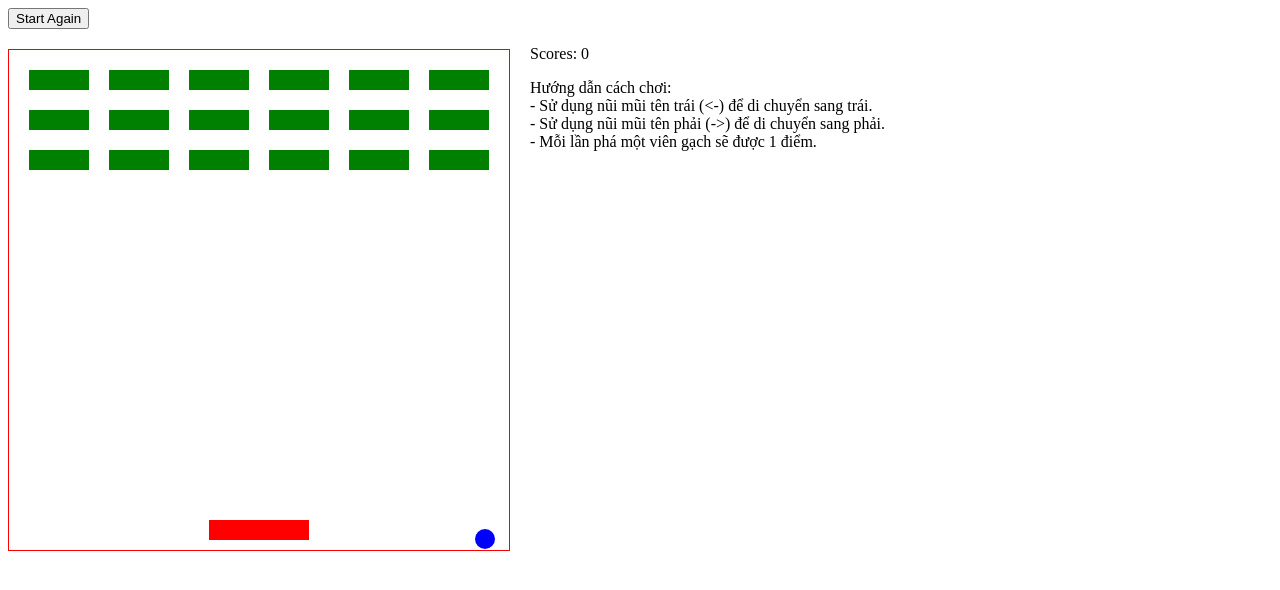
Repository: huynhsang96/CaseJS
Page: Demo_case/index.html
These files come from the project's save history. The page is drawn as it stood at one moment and after the next save; the edit follows.
The browser window is 1280 px wide. The pictures show the whole page.

Above is the page before, as saved 2022-02-20 14:43:10.

### Demo_case/index.html
<!DOCTYPE html>
<html lang="en">
<head>
    <meta charset="UTF-8">
    <meta http-equiv="X-UA-Compatible" content="IE=edge">
    <meta name="viewport" content="width=device-width, initial-scale=1.0">
    <title>Document</title>
    <style>
        /* *{
            font-family:  'Fira Code', 'roboto';
        } */
        canvas{
            margin-top: 20px;

        }

        .container{
            display: flex;
        }

        .container-des{
            margin-left: 20px;
        }
    </style>
</head>
<body>
    <div class="btn">
        <button class="btn-start">Start Again</button>
    </div>
    <div class="container">
        <div class="container-canvas">
            <canvas id="myCanvas" width="500" height="500" style="border:1px solid red;">
        </div>
        <div class="container-des">
            <p>Scores: <span class="scores">0</span></p>
            <p>
                Hướng dẫn cách chơi:
                <br>
                - Sử dụng nũi mũi tên trái <span style="font-family: 'Fira code';">(<-)</span> để di chuyển sang trái.
                <br>
                - Sử dụng nũi mũi tên phải <span style="font-family: 'Fira code';">(->)</span> để di chuyển sang phải.
                <br>
                - Mỗi lần phá một viên gạch sẽ được 1 điểm.
            </p>
        </div>
    </div>


    <script src="./ball.js"></script>
    <script src="./bar.js"></script>
    <script src="./brick.js"></script>
    <script src="./main.js"></script>

    <script>

    </script>
</body>
</html>

### Demo_case/ball.js
class Ball{
    constructor(x, y, radius, color){
        this.x = x;
        this.y = y;
        this.radius = radius;
        this.color = color;
        this.speedX = 2;
        this.speedY = 3;
        this.canvas = document.getElementById("myCanvas");
        this.ctx = this.canvas.getContext('2d');
        this.isGameOver = false;
    }

    draw(){
        this.ctx.beginPath();
        this.ctx.arc(this.x, this.y, this.radius, 0, Math.PI * 2);
        this.ctx.fillStyle = this.color;
        this.ctx.fill();
        this.ctx.closePath();
    }

    updateBall(){
        this.x += this.speedX;
        this.y += this.speedY;
    }

    ballColiision(){
        if(this.x + this.radius > this.canvas.width || this.x < this.radius){
            this.speedX = -this.speedX;
        }
        if(this.y < this.radius){
            this.speedY = -this.speedY
        }
    }

    checkGame(){
        if(this.y + this.radius > this.canvas.height){
            this.isGameOver = true;
        }
    }

    move(){
        this.ctx.clearRect(0,0,this.canvas.width,this.canvas.height); // xóa canvas
        this.draw();
    }
}

### Demo_case/bar.js
class Bar{
    constructor(width, height, color){
        this.width = width;
        this.height = height;
        this.x = 200;
        this.y = 470;
        this.color = color;
        this.speed = 5;
        this.isMovingLeft = false;
        this.isMovingRight = false;
        this.canvas = document.getElementById("myCanvas");
        this.ctx = this.canvas.getContext('2d');
    }

    drawBar(){
        this.ctx.beginPath();
        this.ctx.rect(this.x, this.y, this.width, this.height);
        this.ctx.fillStyle = this.color;
        this.ctx.fill();
        this.ctx.closePath();
    }


    moveBar(){
        if(this.isMovingLeft && this.x > 0){
            this.x -= this.speed;
        }
        if(this.isMovingRight && this.x < this.canvas.width - this.width){
                this.x += this.speed;
            }
        }
}

### Demo_case/brick.js
class  Brick{
    constructor(){
        this.offsetX = 20;
        this.offsetY = 20;
        this.margin = 20;
        this.width = 60;
        this.height = 20;
        this.totalRow = 3;
        this.totalColum = 6;
        this.brickList = []
        this.isEndGame = false;
        this.canvas = document.getElementById("myCanvas");
        this.ctx = this.canvas.getContext('2d');
    }


    drawBrick(){
        this.brickList.forEach(element => {
            if(!element.isbroken){
                this.ctx.beginPath();
                this.ctx.rect(
                    element.x,
                    element.y,
                    this.width,
                    this.height,
                );
                this.ctx.fillStyle = "green";
                this.ctx.fill();
                this.ctx.closePath();
            }
        })
    }

    checkEndGame(){
        this.isEndGame = this.brickList.every(element =>{
            return element.isbroken == true;
        })
    }
}

### Demo_case/main.js
let ball = new Ball(250,150,10,"blue");
let bar = new Bar(100,20,"red");
let bricks = new Brick();


// --------------------------Event Keyboard---------------------

document.addEventListener("keydown",function(e){
    if(e.keyCode === 37){
        bar.isMovingLeft = true;
    }
    if(e.keyCode === 39){
        bar.isMovingRight = true;
    }
})


document.addEventListener("keyup",function(e){
    if(e.keyCode === 37){
        bar.isMovingLeft = false;
    }
    if(e.keyCode === 39){
        bar.isMovingRight = false;
    }
})

// ----------------------------Bar----------------------------

function barCollision(){
    if(ball.x + ball.radius >= bar.x &&
        ball.y + ball.radius >= bar.y &&
        ball.x + ball.radius <= bar.x + bar.width){

        ball.speedY = -ball.speedY;
    }
}

// ----------------------------Bricks------------------------

// Tạo danh sách Bricks
for(let i = 0; i < bricks.totalColum; i++){
    for(let j = 0; j < bricks.totalRow; j++){
        bricks.brickList.push({
            x: bricks.offsetX + i * (bricks.width + bricks.margin),
            y: bricks.offsetY + j * (bricks.height + bricks.margin),
            isbroken: false,
        })
    }
}

// xử lý va chạm
let score = 0;
let scoreball = document.querySelector(".scores");
function BricksCollision(){
    bricks.brickList.forEach(function(element){
        if(!element.isbroken){
            if(ball.x >= element.x &&
                ball.x <= element.x + bricks.width &&
                ball.y + ball.radius >= element.y &&
                ball.y - ball.radius <= element.y + bricks.height){
                ball.speedY = -ball.speedY;
                element.isbroken = true;
                score += 1;
                scoreball.textContent = `${score}`;
            }
        }
    })
}

function play(){
    ball.checkGame();
    bricks.checkEndGame();

    if(!ball.isGameOver && !bricks.isEndGame){
        ball.move();
        ball.updateBall();
        ball.ballColiision();

        bar.drawBar();
        bar.moveBar();
        barCollision();

        bricks.drawBrick();
        BricksCollision();

        requestAnimationFrame(play); // Giống đệ quy
    }else{
        // alert("End Game!");
    }
}

play()

After the next save:
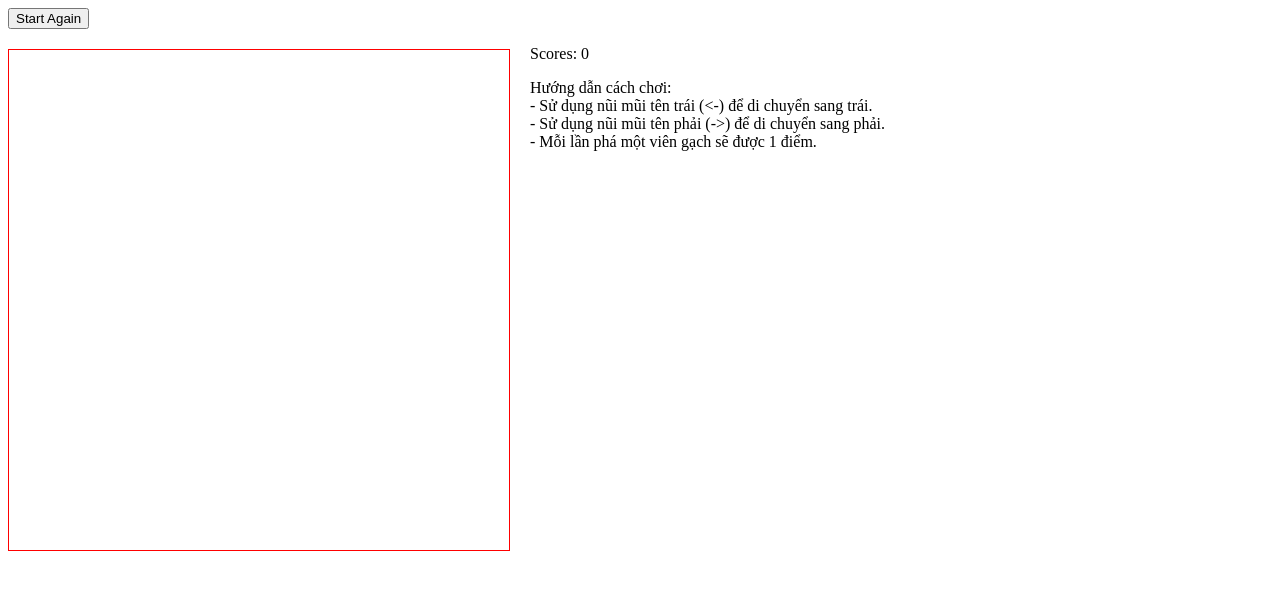
Console error: ReferenceError: Cannot access 'speed' before initialization
Saved 3 min 17 s later.
--- a/Demo_case/ball.js
+++ b/Demo_case/ball.js
@@ -4,12 +4,15 @@
         this.y = y;
         this.radius = radius;
         this.color = color;
-        this.speedX = 2;
-        this.speedY = 3;
+        this.speedX = speed[Math.floor(Math.random()*speed.length)];
+        this.speedY = speed[Math.floor(Math.random()*speed.length)];
         this.canvas = document.getElementById("myCanvas");
         this.ctx = this.canvas.getContext('2d');
         this.isGameOver = false;
+        let speed = [2,3,4,4.5];
     }
+
+
 
     draw(){
         this.ctx.beginPath();

After the save that followed:
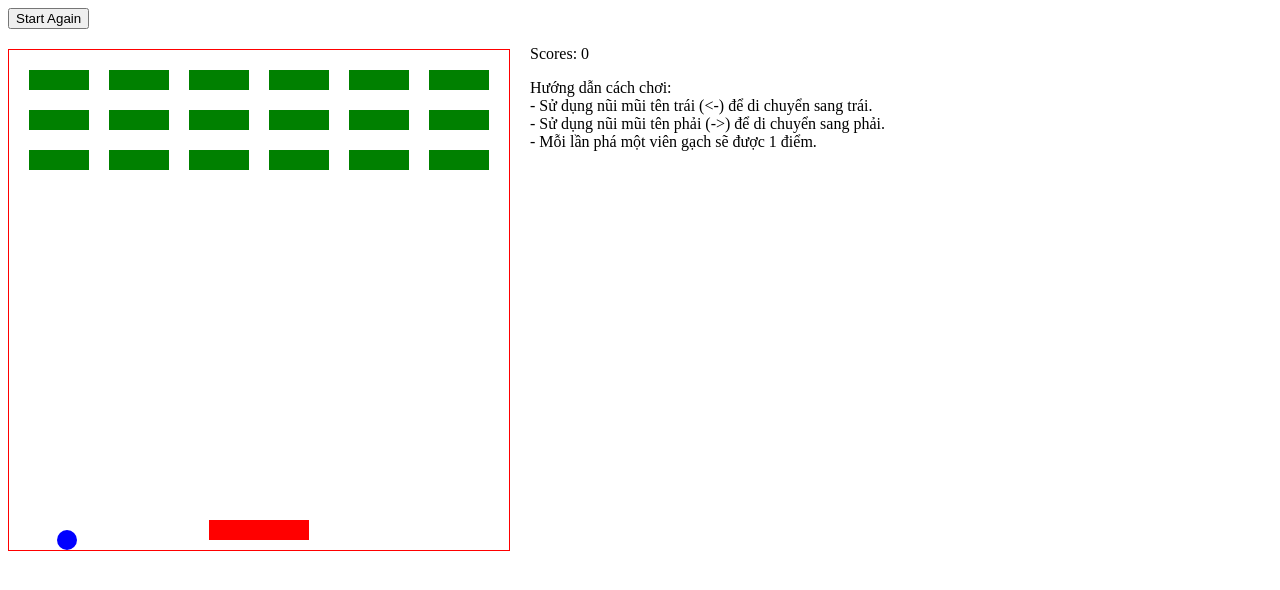
The error is gone.
Saved 9 s later.
--- a/Demo_case/ball.js
+++ b/Demo_case/ball.js
@@ -1,5 +1,6 @@
 class Ball{
     constructor(x, y, radius, color){
+        let speed = [2,3,4,4.5];
         this.x = x;
         this.y = y;
         this.radius = radius;
@@ -9,7 +10,6 @@
         this.canvas = document.getElementById("myCanvas");
         this.ctx = this.canvas.getContext('2d');
         this.isGameOver = false;
-        let speed = [2,3,4,4.5];
     }
 
 
